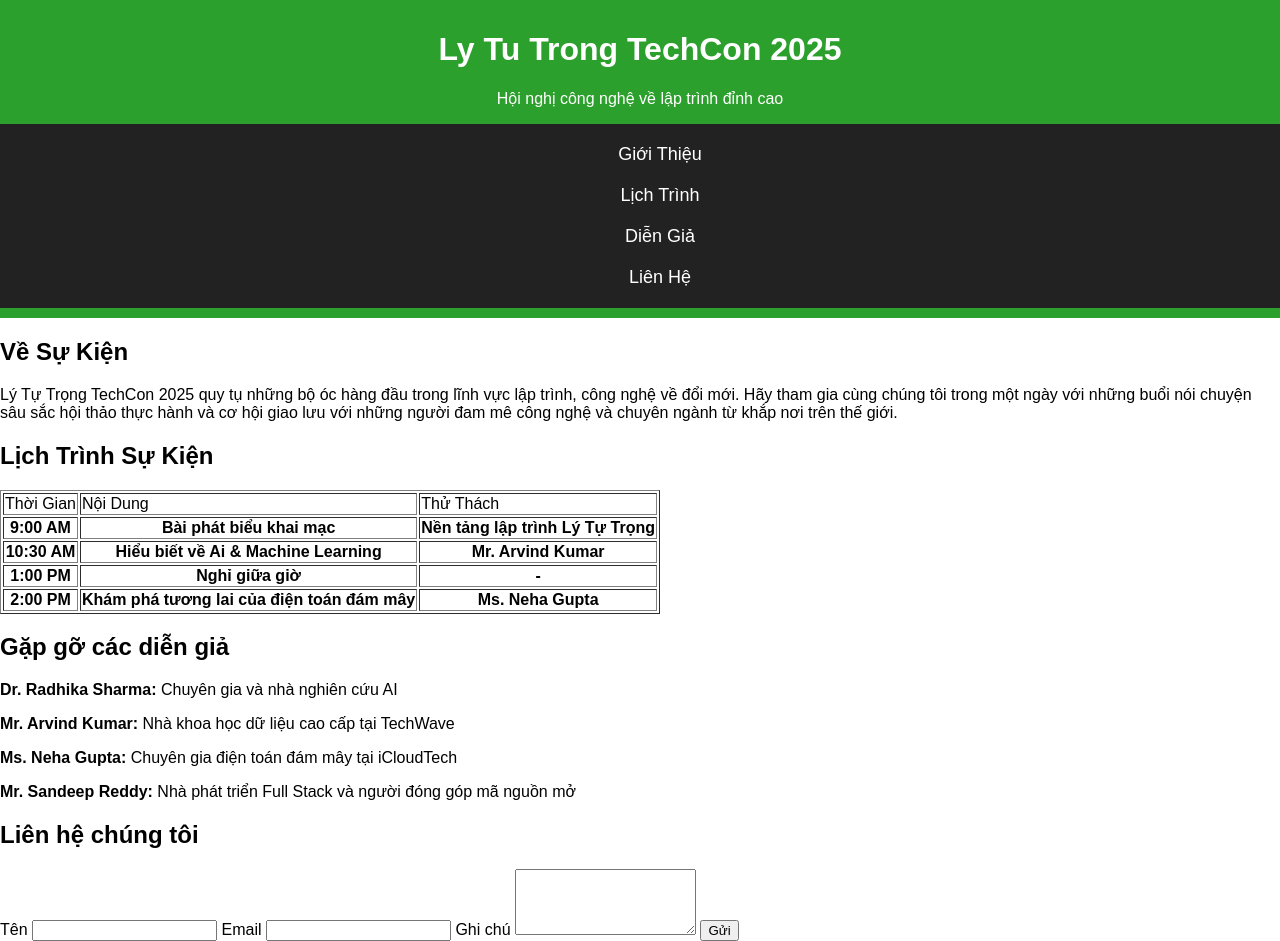
Repository: NhatMinh121/BaiTapVeNha1
Page: index.html
The author's editor kept a copy of each file at every save. The page is drawn from the files as they stood at one save, then again after a run of saves.
The browser window is 1280 px wide. The pictures show the whole page.
The pointer rests on the first visible `.menu ul li`.

Above is the page before, as saved 2025-03-28 22:48:05.

After the next 2 saves:
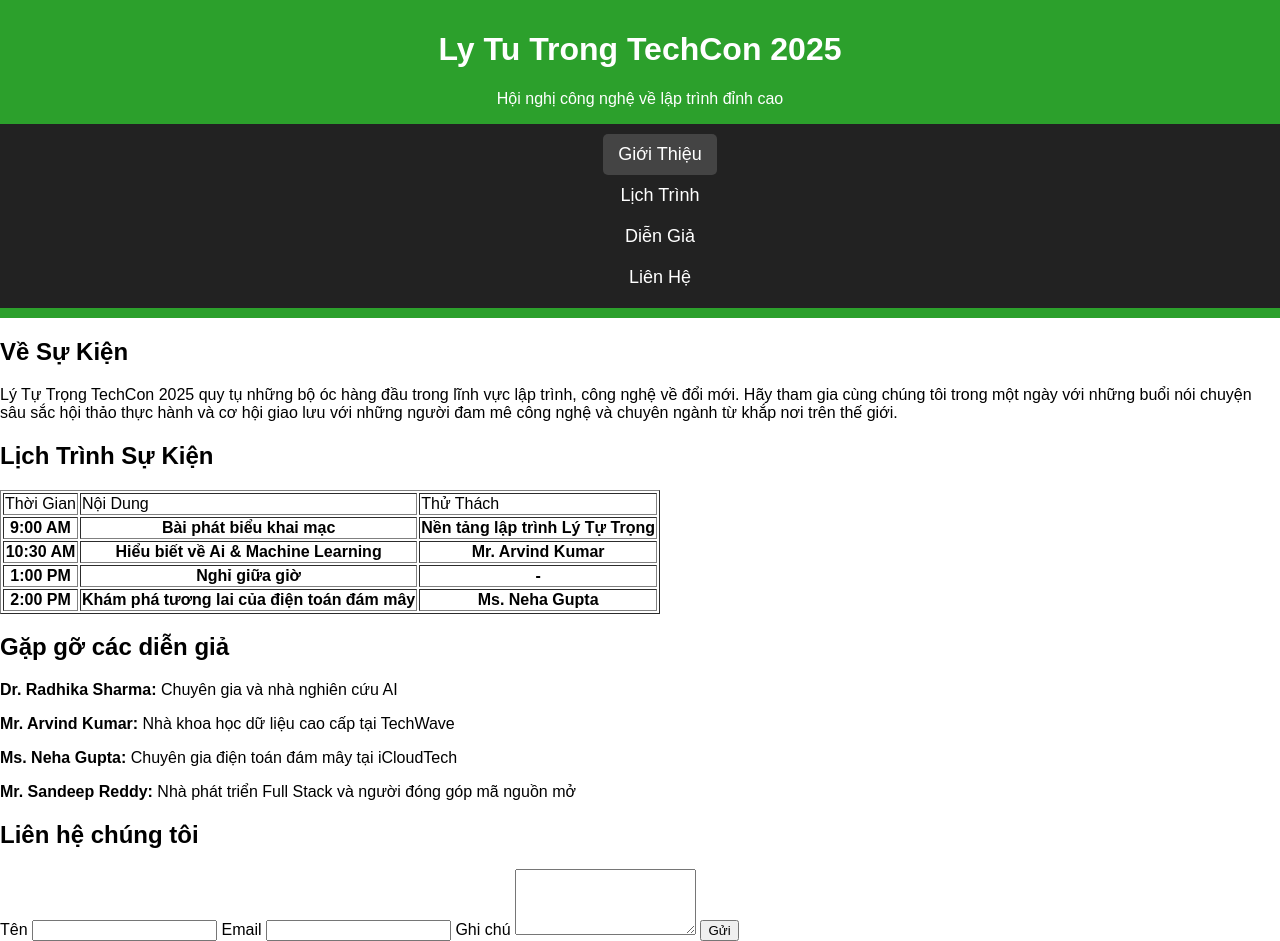
The 2 saves are shown as one change because they came seconds apart.
The last was saved 15 s later.
--- a/style.css
+++ b/style.css
@@ -31,3 +31,8 @@ header {
     padding: 10px 15px;
     transition: background 0.3s;
 }
+
+.menu ul li:hover {
+    background-color: #444;
+    border-radius: 5px;
+}
